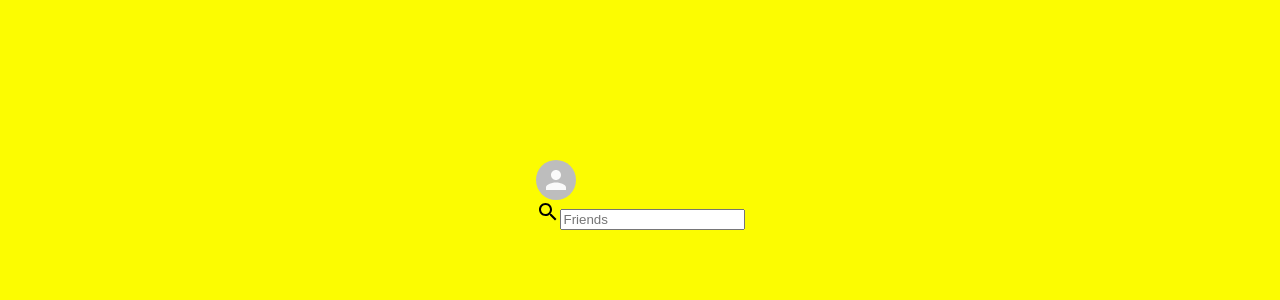
Repository: om1ars/camera-func
Page: /chats
An editor plug-in stored every save of this project. The page is shown before and after the next save, followed by the edit.
The browser window is 1280 px wide. The pictures show the whole page.
The project was rebuilt for these pictures with package versions that can differ from the ones it lists, and the page was loaded fresh each time. Also part of the build but not shown: src/WebcamCapture.css, src/WebCamCapture.js, src/Preview.css, src/firebase.js, src/Preview.js.

Above is the page before, as saved 2021-11-24 16:48:41.

### src/index.js
import React from 'react';
import ReactDOM from 'react-dom';
import './index.css';
import App from './App';
import reportWebVitals from './reportWebVitals';
import { Provider } from 'react-redux';
import { store } from './features/store';

ReactDOM.render(
  <React.StrictMode>
    <Provider store={store}>
    <App />
    </Provider>
  </React.StrictMode>,
  document.getElementById('root')
);

// If you want to start measuring performance in your app, pass a function
// to log results (for example: reportWebVitals(console.log))
// or send to an analytics endpoint. Learn more: https://bit.ly/CRA-vitals
reportWebVitals();

### src/App.js
import "./App.css";
import WebCamCapture from "./WebCamCapture";
import { BrowserRouter, Switch, Route } from "react-router-dom";
import Preview from "./Preview";
import Cahts from "./Cahts";

function App() {
  return (
    <div className="app">
      <BrowserRouter>
        <div className="app__body">
          <Switch>
            <Route exact path="/">
              <WebCamCapture />
            </Route>
            <Route path="/preview">
              <Preview />
            </Route>
            <Route path="/chats">
              <Cahts />
            </Route>
          </Switch>
        </div>
      </BrowserRouter>
    </div>
  );
}

export default App;

### src/features/store.js
import reducers from "./reducers";

const { configureStore } = require("@reduxjs/toolkit");



export const store = configureStore({
    reducer: reducers
})

### src/App.css
.app {
  display: flex;
  flex-direction: column;
  align-items: center;
  justify-content: center;
  background-color: #fcfc01;
  min-height: 100vh;
}

### src/Cahts.js
import { Avatar } from '@material-ui/core'
import { Search } from '@material-ui/icons'
import React from 'react'
import './Chats.css'

export default function Cahts() {
    return (
        <div className='chats'>
            <div className='chats__header'>
                <Avatar className='chats__avatar' />
                <div className='chats__search'>
                    <Search />
                    <input placeholder='Friends' className='chats__chatIcon' />
                </div>
            </div>
        </div>
    )
}

### src/features/reducers.js
import { combineReducers } from "redux";
import appSlice from "./slices/appSlice";
import cameraSlice from "./slices/cameraSlice";
import userSlice from "./slices/userSlice";

export default combineReducers({
  user: userSlice,
  app: appSlice,
  camera: cameraSlice,
});

### src/features/slices/cameraSlice.js
import { createSlice } from "@reduxjs/toolkit";

const initialState = {
  cameraImage: null,
};

const cameraSlice = createSlice({
  name: "camera",
  initialState,
  reducers: {
    setCameraImage(state, action) {
      state.cameraImage = action.payload;
    },
    resetCameraImage(state, action) {
      state.cameraImage = null;
    },
  },
});

export const { setCameraImage, resetCameraImage } = cameraSlice.actions;
export const selectedCameraImage = (state) => state.camera.cameraImage;
export default cameraSlice.reducer;

### src/Chats.css
.chats{
    position: relative;
    height: 400px;
    width: ;
}

### src/features/slices/appSlice.js
import { createSlice } from "@reduxjs/toolkit";

const appSlice = createSlice({
  name: "app",
  initialState: {
    value: 0,
  },
  reducers: {},
});

export const {} = appSlice.actions;
export const selectApp = (state) => state.app.value;
export default appSlice.reducer;

### src/features/slices/userSlice.js
import { createSlice } from "@reduxjs/toolkit";

const initialState = {
  user: null,
};

const userSlice = createSlice({
  name: "user",
  initialState,
  reducers: {},
});

export const {} = userSlice.actions;
export default userSlice.reducer;

Loaded but not shown: public/index.html (common file); src/index.css (common file); src/reportWebVitals.js (common file)

After the next save:
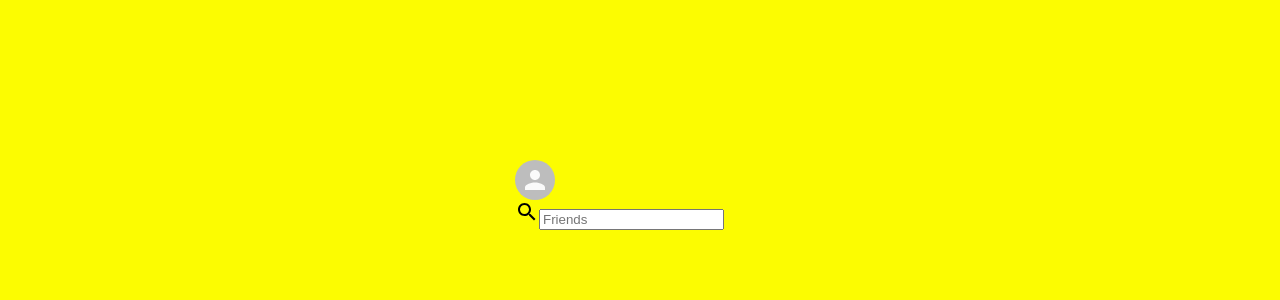
Saved 83 s later.
--- a/src/Chats.css
+++ b/src/Chats.css
@@ -1,5 +1,5 @@
 .chats{
     position: relative;
     height: 400px;
-    width: ;
+    width: 250px;
 }
